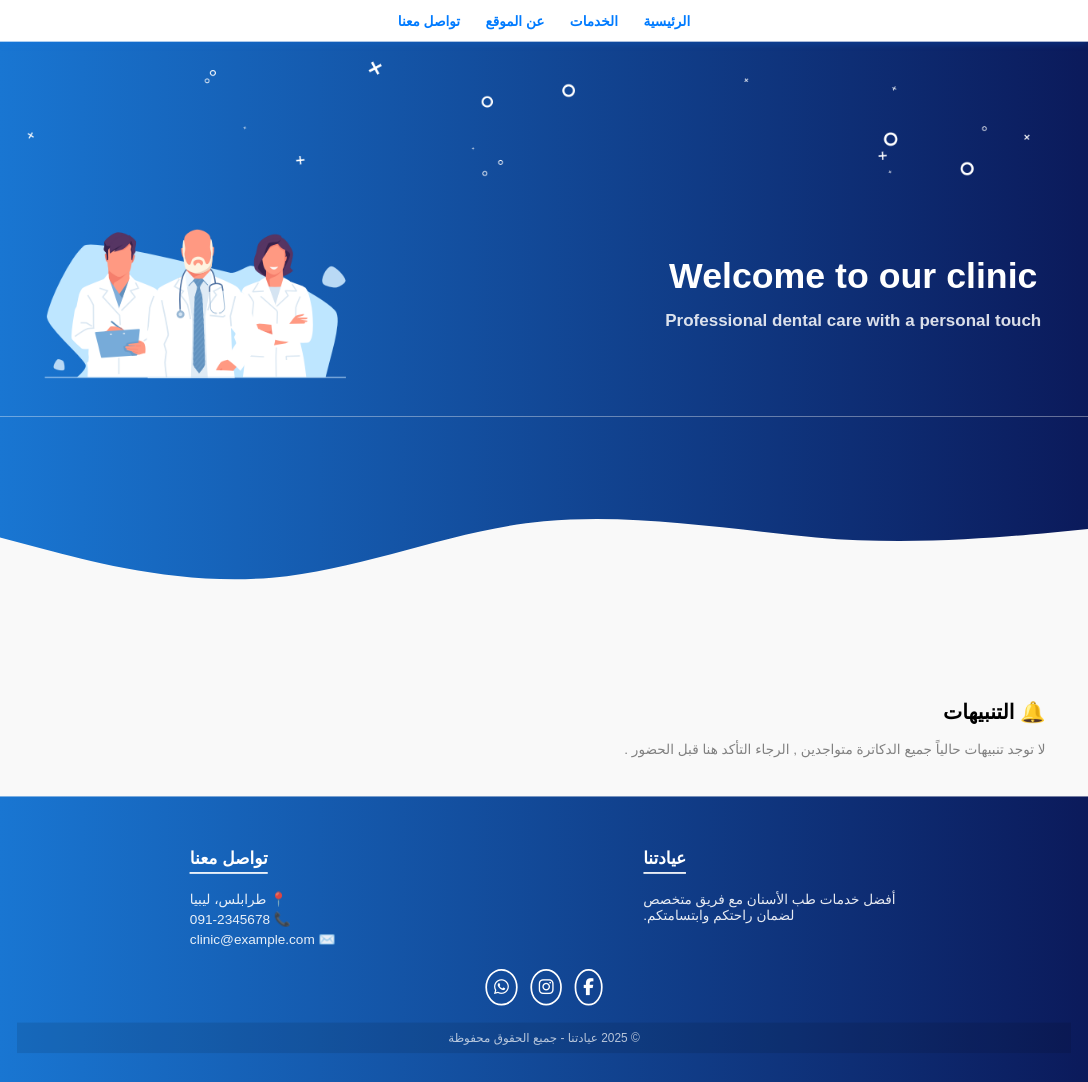
Repository: mysite4/s
Page: http://localhost/services/notifications/
The author's editor kept a copy of each file at every save. The page is drawn from the files as they stood at one save, then again after the next save.
The browser window is 1280 px wide. The pictures show the whole page, at 85% of full size.
Some web fonts or font styles are not loaded; a fallback is used. The page is served by the project's application, run on Django 5.2 (manage.py). Queries for data that is not in the repository find no rows.

Above is the page before, as saved 2025-12-23 19:50:02.

After the next save:
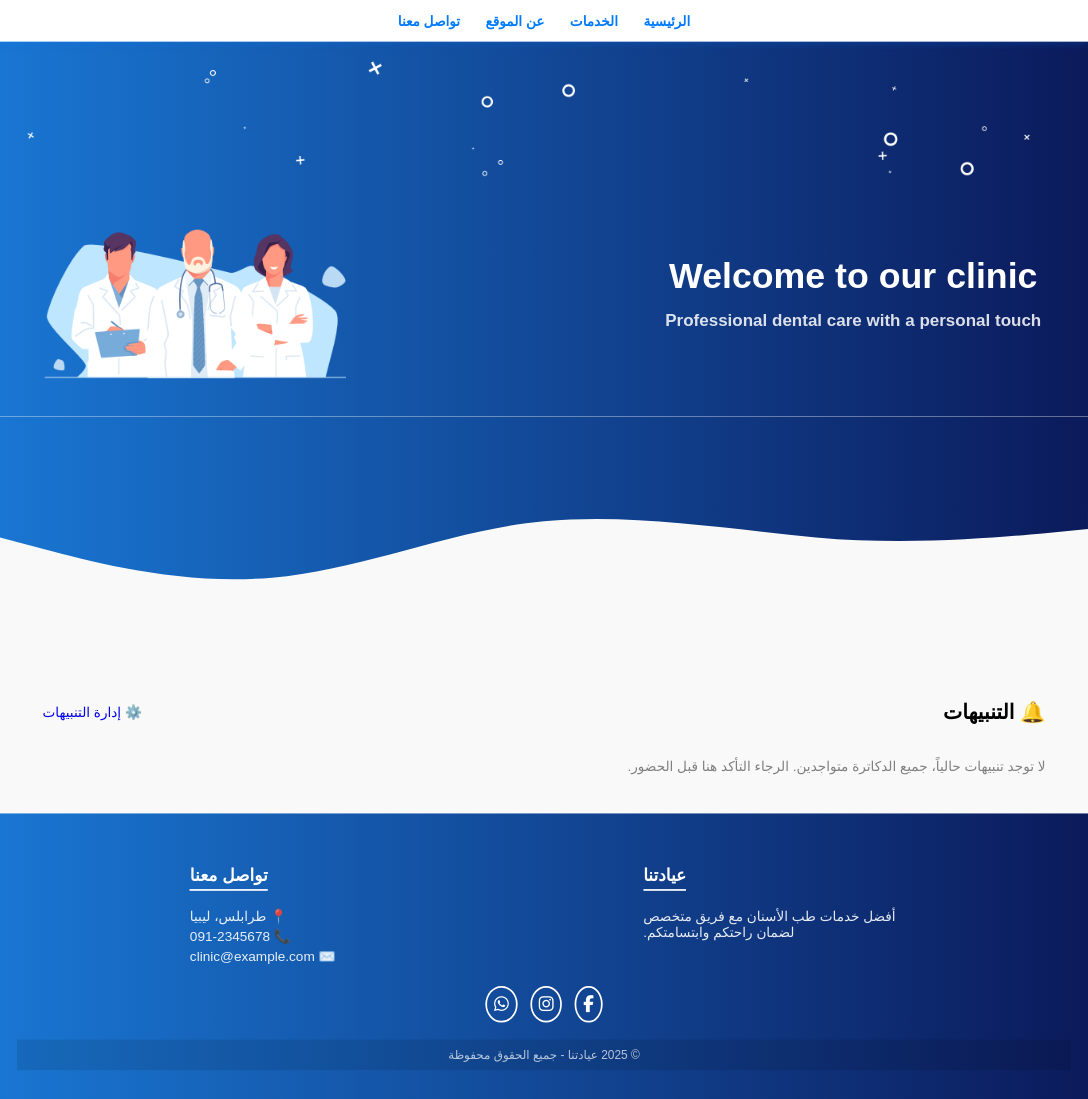
Saved 2 min 56 s later.
--- a/main/templates/services/notifications.html
+++ b/main/templates/services/notifications.html
@@ -2,20 +2,35 @@
 
 {% block content %}
 <div class="container">
-    <h2>🔔 التنبيهات</h2>
+    <div style="display:flex; justify-content:space-between; align-items:center; margin-bottom:20px;">
+        <h2>🔔 التنبيهات</h2>
+
+        <!-- زر الذهاب للادمن -->
+        <a href="/admin/your_app_name/notification/"
+           target="_blank"
+           class="btn-main"
+           style="text-decoration:none;">
+            ⚙️ إدارة التنبيهات
+        </a>
+    </div>
 
     {% if notifications %}
-        <ul>
+        <ul style="list-style:none; padding:0;">
             {% for note in notifications %}
-                <li style="margin-bottom: 15px;">
+                <li style="margin-bottom: 15px; padding:15px; background:#fff; border-radius:10px; box-shadow:0 4px 10px rgba(0,0,0,0.05);">
                     <strong>{{ note.title }}</strong><br>
                     <p>{{ note.message }}</p>
-                    <small>{{ note.created_at|date:"d/m/Y - H:i" }}</small>
+                    <small style="color:gray;">
+                        {{ note.created_at|date:"d/m/Y - H:i" }}
+                    </small>
                 </li>
             {% endfor %}
         </ul>
     {% else %}
-        <p style="color: gray;">لا توجد تنبيهات حالياً جميع الدكاترة متواجدين , الرجاء التأكد هنا قبل الحضور .</p>
+        <p style="color: gray;">
+            لا توجد تنبيهات حالياً، جميع الدكاترة متواجدين.
+            الرجاء التأكد هنا قبل الحضور.
+        </p>
     {% endif %}
 </div>
 {% endblock %}
